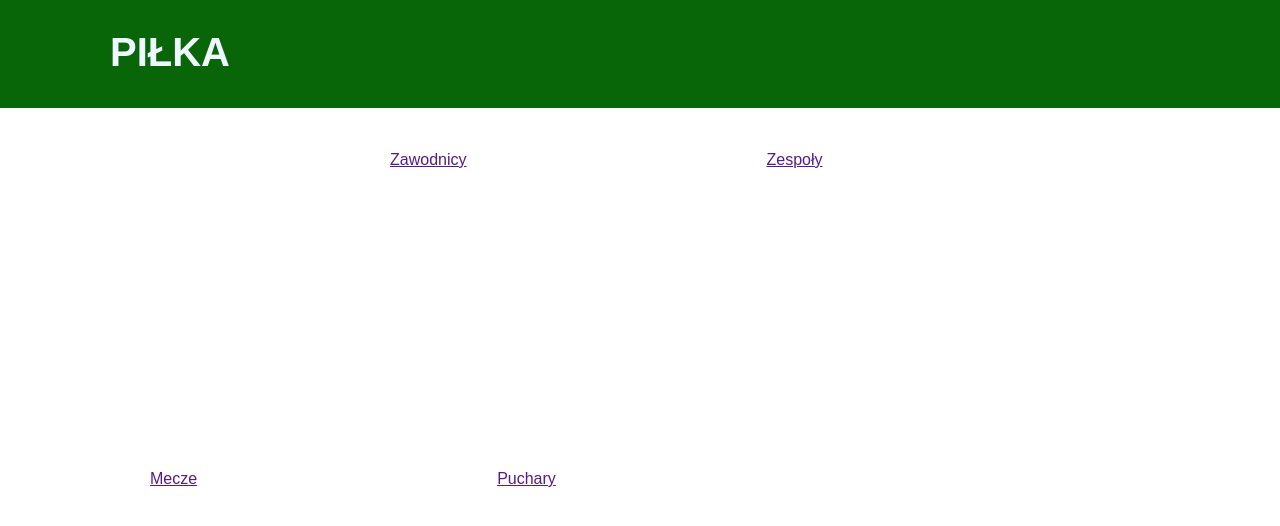
Repository: ZABA78/PAZW
Page: index.html
These files come from the project's save history. The page is drawn as it stood at one moment and after the next save; the edit follows.
The browser window is 1280 px wide. The pictures show the whole page.
Some web fonts or font styles are not loaded; a fallback is used.

Above is the page before, as saved 2023-10-17 14:05:03.

After the next save:
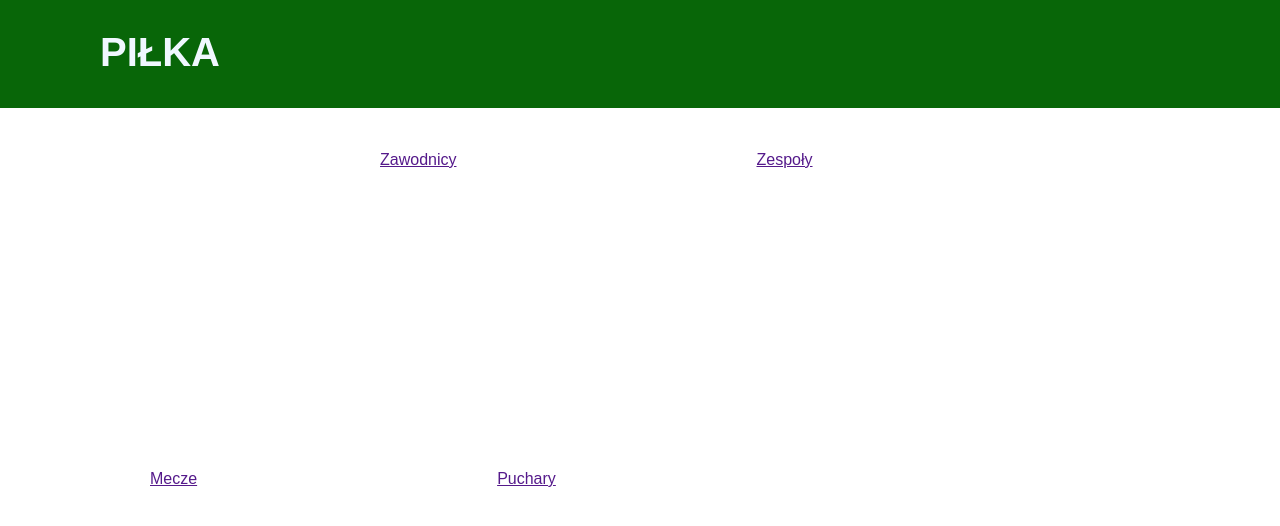
Saved 10 s later.
--- a/style.css
+++ b/style.css
@@ -16,7 +16,7 @@ h1
     padding: 10px;
     font-size: 40px;
     float: left;
-    margin-left: 100px;
+    margin-left: 90px;
     margin-top: 20px;
 }
 header
